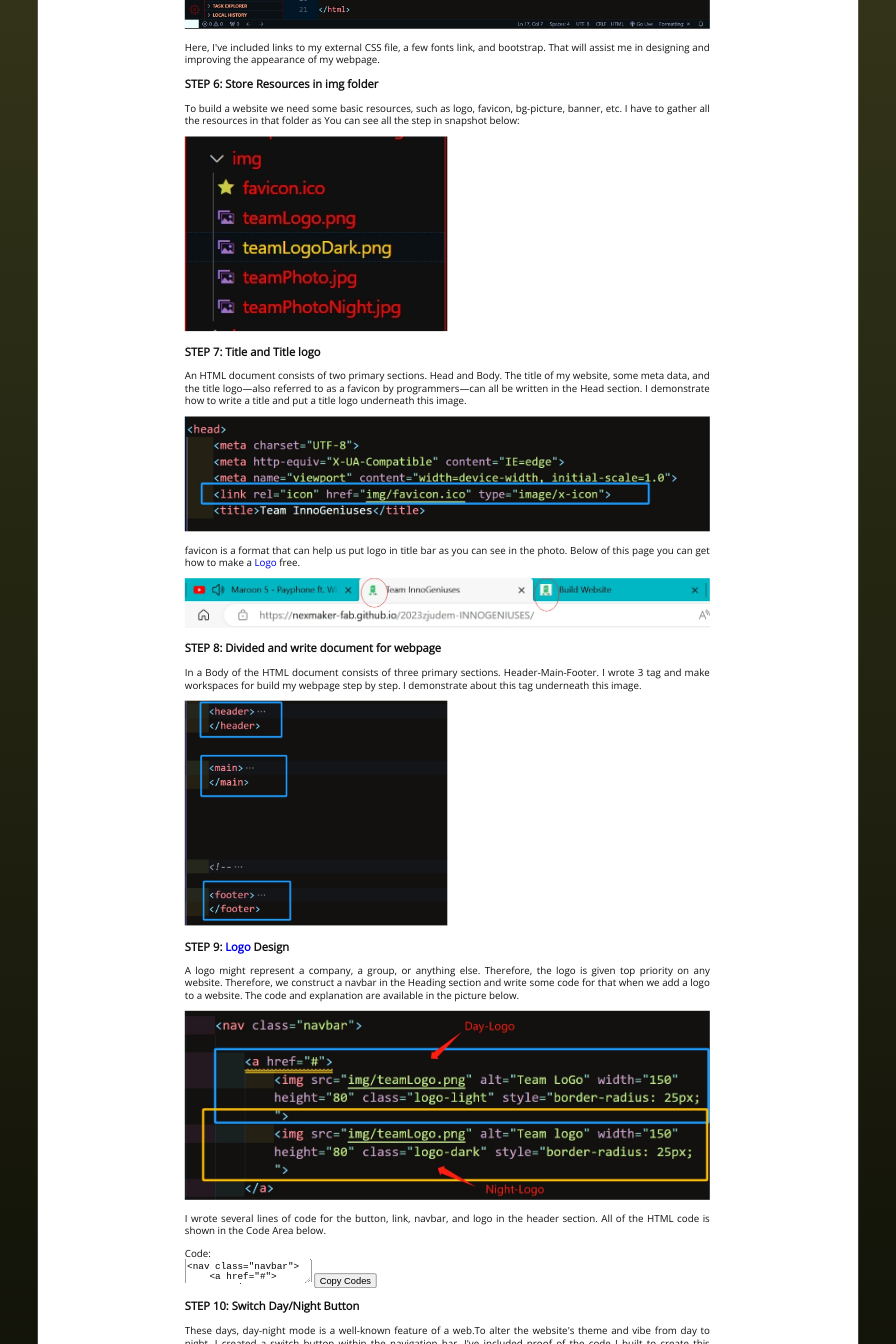
Repository: NexMaker-Fab/2023zjudem-INNOGENIUSES
Page: build web/page1.html
These files come from the project's save history. The page is drawn as it stood at one moment and after the next save; the edit follows.
The browser window is 1280 px wide. The pictures show the part of the page from y = 4580 to 6500 px (the page is 10194 px tall before and 10818 px after), at 70% of full size.
An inner scrolling area shows only its first screen.

Above is the page before, as saved 2023-11-27 02:39:14.

After the next save:
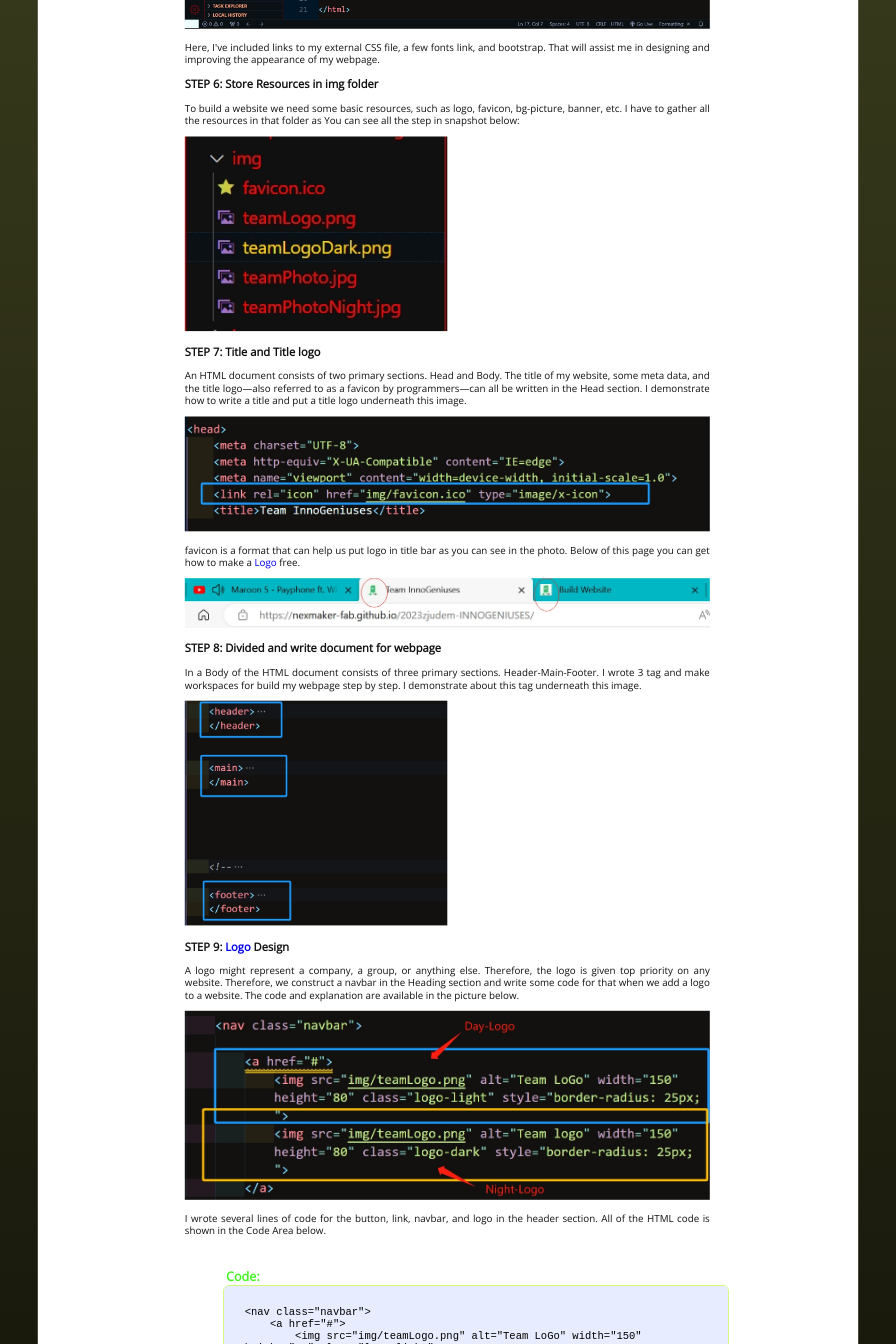
Saved 42 s later.
--- a/build web/styles.css
+++ b/build web/styles.css
@@ -430,7 +430,7 @@ ul#topnav li a:hover {
 
 /* CodeBox CSS */
 
-.text-boxes {
+.code-boxes {
     height: 100%;
     width: 100%;
     display: flex;
@@ -439,21 +439,21 @@ ul#topnav li a:hover {
     padding: 10px 10px;
 }
 
-.text-boxes .text-box {
+.code-boxes .text-box {
     height: 300px;
     max-width: 660px;
     width: 100%;
     margin: 20px 20px;
 }
 
-.text-boxes .text-box .topic {
+.code-boxes .text-box .topic {
     font-size: 18px;
     font-weight: 600;
     color: rgb(72, 242, 38);
     margin: 4px;
 }
 
-.text-boxes .text-box textarea {
+.code-boxes .text-box textarea {
     height: 100%;
     width: 100%;
     padding: 30px;
@@ -469,7 +469,7 @@ ul#topnav li a:hover {
     display: none;
 }
 
-.text-boxes .text-box button {
+.code-boxes .text-box button {
     height: 45px;
     width: 155px;
     color: #fff;
@@ -484,7 +484,7 @@ ul#topnav li a:hover {
     transition: all 0.4s ease;
 }
 
-.text-boxes .text-box button:hover {
+.code-boxes .text-box button:hover {
     background: #8a0606;
 }
 
